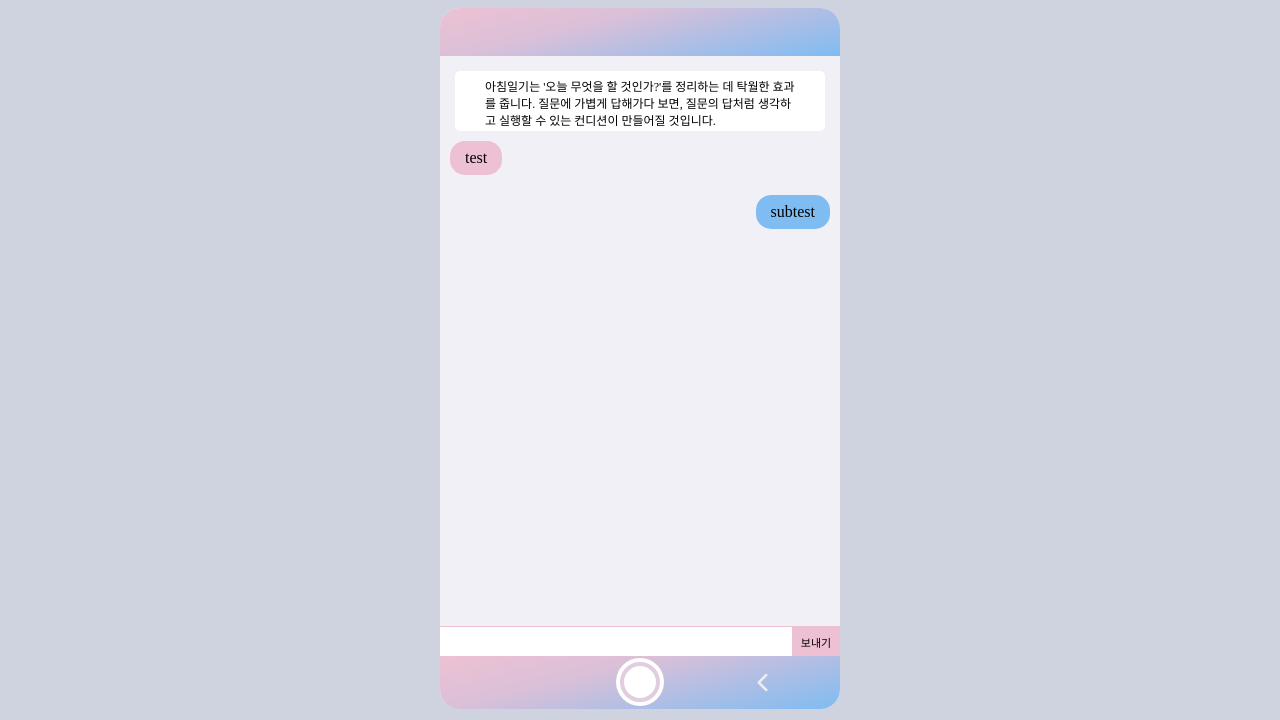
Repository: jinhee196/diary
Page: index.html
An editor plug-in stored every save of this project. The page is shown before and after the next save, followed by the edit.
The browser window is 1280 px wide. The pictures show the whole page.
Some web fonts or font styles are not loaded; a fallback is used. Some web libraries are served in a nearby version.

Above is the page before, as saved 2021-06-04 21:21:37.

### index.html
<!DOCTYPE html>
<html lang="ko">
<head>
    <meta charset="UTF-8">
    <meta http-equiv="X-UA-Compatible" content="IE=edge">
    <meta name="viewport" content="width=device-width, initial-scale=1.0">
    <title>secret Note</title>
    <script src="https://kit.fontawesome.com/ef20572bd9.js" crossorigin="anonymous"></script>
    <link rel="stylesheet" href="style.css">
    <link rel="preconnect" href="https://fonts.gstatic.com">
<link href="https://fonts.googleapis.com/css2?family=Hi+Melody&family=Nanum+Brush+Script&display=swap" rel="stylesheet">
    <script src="js/main.js" defer></script>
    <script src="js/data.js"></script>
</head>
<body>
  <div class="container">
      <header class="header"></header>

      <section id="main">
        <h1 class="main__title">SECRET DIARY</h1>
        <p class="main__desc">작가 Bodo Schaefer의 &#60;멘탈의 연금술&#62;을 바탕으로 만든 일기장입니다.
                              책의 내용을 토대로 전략적인 일기를 써보세요:) 긍정적인 삶으로 나아갈 수 있을 것입니다. </p>
        <button class="note1">일기쓰기</button>
        <button class="note2">아침일기</button>
        <button class="note3">걱정과 두려움을 <br>다루는 방법</button>
      </section>

      <section id="daily">
        <div class="daily__weather"></div>
        <div class="daily__emotion"></div>
        <div class="daily__Note">
          <button class="daily__submit">완료</button>
          <input class="daily__title" placeholder="제목을 입력하세요"></input>
          <textarea class="daily__text"></textarea>

        </div>
      </section>

      <section id="morning">
        <p class="desc">아침일기는 '오늘 무엇을 할 것인가?'를 정리하는 데 탁월한 효과를 줍니다. 질문에 가볍게 답해가다 보면,
          질문의 답처럼 생각하고 실행할 수 있는 컨디션이 만들어질 것입니다.  </p>
        <ul class="items">
          <li class="item">test</li>
          <li class="item-sub">subtest</li>
        </ul>
        <div class="message">
        <input type="text" class="footer__input" />
        <button class="footer__submit">보내기</button>
        </div>
    </section>

    <section id="list">
      <p class="desc">두려움과 걱정의 목록들을 리스트로 만들고 지속적으로 업데이트하세요.
        구체적으로 작성해 두려움을 잘게 쪼개다보면 엄습하는 두려움을 무력화시킬 수 있을 것입니다. </p>
      <ul class="items">
        <!-- <li class="item">test</li>
        <li class="item-sub">subtest</li> -->
      </ul>
      <div class="message">
      <input type="text" class="footer__input" />
      <button class="footer__submit">보내기</button>
      </div>
  </section>

    <footer class="footer">
      <button class="footer__button">
        <div class="circle"></div>
       </button>
       <i class="fas fa-chevron-left"></i>
     </footer>
  </div>
</body>
</html>

### style.css
* {
  box-sizing: border-box;
  font-family: "Hi Melody", cursive;
}
ul {
  padding: 0;
}

button {
  outline: none;
  background: transparent;
  border: none;
  cursor: pointer;
}
body {
  background-color: #ced3df;
  text-align: center;
}

section {
  height: 600px;
}
.container {
  width: 400px;
  margin: auto;
  background-color: #f1f0f7;
  border-radius: 20px;
}

.header {
  height: 48px;
  padding: 8px;
  font-size: 24px;
  background: rgba(237, 193, 211);

  background: linear-gradient(
    166deg,
    rgba(237, 193, 211, 1) 0%,
    rgba(219, 192, 216, 1) 35%,
    rgba(127, 188, 242, 1) 100%
  );
  border-radius: 20px 20px 0 0;
  color: #fff;
}

#main {
  display: none; /*flex*/
  flex-direction: column;
  justify-content: center;
  align-items: center;
  overflow: hidden;
}
.main__title {
  font-family: "Nanum Brush Script", cursive;
  letter-spacing: 1px;
  font-size: 40px;
  color: #555;
}
.main__desc {
  padding: 0 30px;
  font-size: 18px;
  margin-bottom: 30px;
}
#main button {
  width: 130px;
  padding: 13px 15px;
  margin: 5px 0;
  border-radius: 10px;
  color: #222;
  font-size: 16px;
}
.note1 {
  background-color: rgba(219, 192, 216, 1);
}
.note2 {
  background-color: rgba(127, 188, 242, 1);
}
.note3 {
  background-color: rgba(219, 192, 216, 1);
}

#daily {
  display: none;
}
.daily__weather {
  display: none;
}
.daily__emotion {
  display: none;
  position: relative;
}
.daily__Note {
  display: none;
  width: 100%;
  height: 100%;
}
.daily__title {
  width: 100%;
  height: 10%;
  outline: none;
  padding: 20px;
  font-size: 22px;
  border: none;
  border-bottom: 1px solid #ddd;
}
.daily__text {
  width: 100%;
  height: 85%;
  line-height: 1.6;
  padding: 20px;
  outline: none;
  border: none;
  resize: none;
  font-size: 18px;
}
.daily__submit {
  height: 5%;
  font-size: 16px;
  color: #555;
  float: right;
  margin-right: 10px;
}
.daily__submit:hover {
  color: rgb(255, 110, 238);
}
#morning {
  display: block;
  overflow: hidden;
}
#list {
  display: none;
  overflow: hidden;
}
.desc {
  width: 370px;
  height: 60px;
  font-size: 12px;
  text-align: left;
  padding: 8px 30px;
  margin: 15px auto 0;
  background-color: #fff;
  border-radius: 5px;
  line-height: 1.4;
}
.items {
  height: 495px;
  overflow-y: auto;
  margin: 0;
  font-size: 16px;
}

.item {
  padding: 8px 15px;
  margin: 10px;
  border-radius: 15px;
  background: rgba(237, 193, 211);
  display: inline-block;
  float: left;
  clear: both;
}
.item-sub {
  padding: 8px 15px;
  margin: 10px;
  border-radius: 15px;
  background: rgba(127, 188, 242, 1);
  display: inline-block;
  float: right;
  clear: both;
}

.footer {
  background: rgba(237, 193, 211);

  background: linear-gradient(
    166deg,
    rgba(237, 193, 211, 1) 0%,
    rgba(219, 192, 216, 1) 35%,
    rgba(127, 188, 242, 1) 100%
  );
  border-radius: 0 0 20px 20px;
  position: relative;
}
.message {
  width: 100%;
}
.footer__input {
  width: 88%;
  height: 32px;
  border: none;
  outline: none;
  font-size: 20px;
  font-weight: 400;
  padding: 0 16px;
  float: left;
  border-top: 1px solid rgba(237, 193, 211);
}

.footer__submit {
  width: 12%;
  height: 32px;
  float: right;
  background-color: rgba(237, 193, 211);
  font-size: 11px;
  padding: 0;
}
.footer__button {
  width: 48px;
  height: 48px;
  background-color: #fff;
  border-radius: 50%;
  transition: transform 300ms ease-in;
  margin-top: 2px;
}
.circle {
  width: 40px;
  height: 40px;
  border: 4px solid rgba(219, 192, 216, 0.8);
  border-radius: 50%;
  margin-left: -2px;
}
.fa-chevron-left {
  font-size: 20px;
  color: #eee;
  position: absolute;
  right: 70px;
  top: 50%;
  transform: translateY(-50%);
  cursor: pointer;
}
.footer__button:hover {
  transform: scale(1.1);
}

### js/data.js
const morningList = [
  {
    q: '1. 나는 오늘 어떤 점이 가장 행복하겠는가?'
  },
  {
    q: '2. 오늘 내게 가장 큰 동기부여를 해주는 것은 무엇인가?'
  },
  {
    q: '3.오늘 무엇에 가장 감사해야 하겠는가?'
  },
  {
    q: '4.오늘 내게 직언과 조언을 해줄 사람들은 누구인가?'
  },
  {
    q: '5. 오늘 내 컨디션으로 볼 때 가장 잘해낼 것 같은 일은 무엇인가?'
  },
  {
    q: '6. 오늘 내가 꼭 알아야 할 것은 무엇인가?'
  },
  {
    q: '7. 오늘 두려움과 긴장을 유쾌하게 다뤄줄 필살기는 무엇인가?'
  },
  {
    q: '8. 오늘 꼭 해야할 과제 한 가지는 무엇인가?'
  }
]

const qnaList = [
  {
    q: '지금 가장 두려운 것이 무엇입니까?'
  },
  {
    q: '그것이 왜 두려우십니까? 구체적으로 작성해보세요.'
  },
  {
    q: '가장 큰 두려움에서부터 사소한 걱정까지 낱낱이 기록하세요.'
  }
]

const dailyNote = [
  {
    q: '지금의 날씨를 선택해주세요',
    a: [
      { answer: 'images/weather-icon-set_03.png'},
      { answer: 'images/weather-icon-set_05.png' },
      { answer: 'images/weather-icon-set_07.png' },
      { answer: 'images/weather-icon-set_13.png' },
      { answer: 'images/weather-icon-set_17.png' },
      { answer: 'images/weather-icon-set_21.png' },
    ]
  },
  {
    q: '지금의 기분을 골라보세요',
    a: [
      { answer: 'images/emtion_03.png' },
      { answer: 'images/emtion_05.png' },
      { answer: 'images/emtion_07.png' },
      { answer: 'images/emtion_12.png' },
      { answer: 'images/emtion_13.png' },
      { answer: 'images/emtion_14.png' },
      { answer: 'images/emtion_18.png' },
      { answer: 'images/emtion_19.png' },
      { answer: 'images/emtion_20.png' },
    ]
  }
]

Loaded but not shown: js/main.js (no copy from this time; the picture is the same without it)

After the next save:
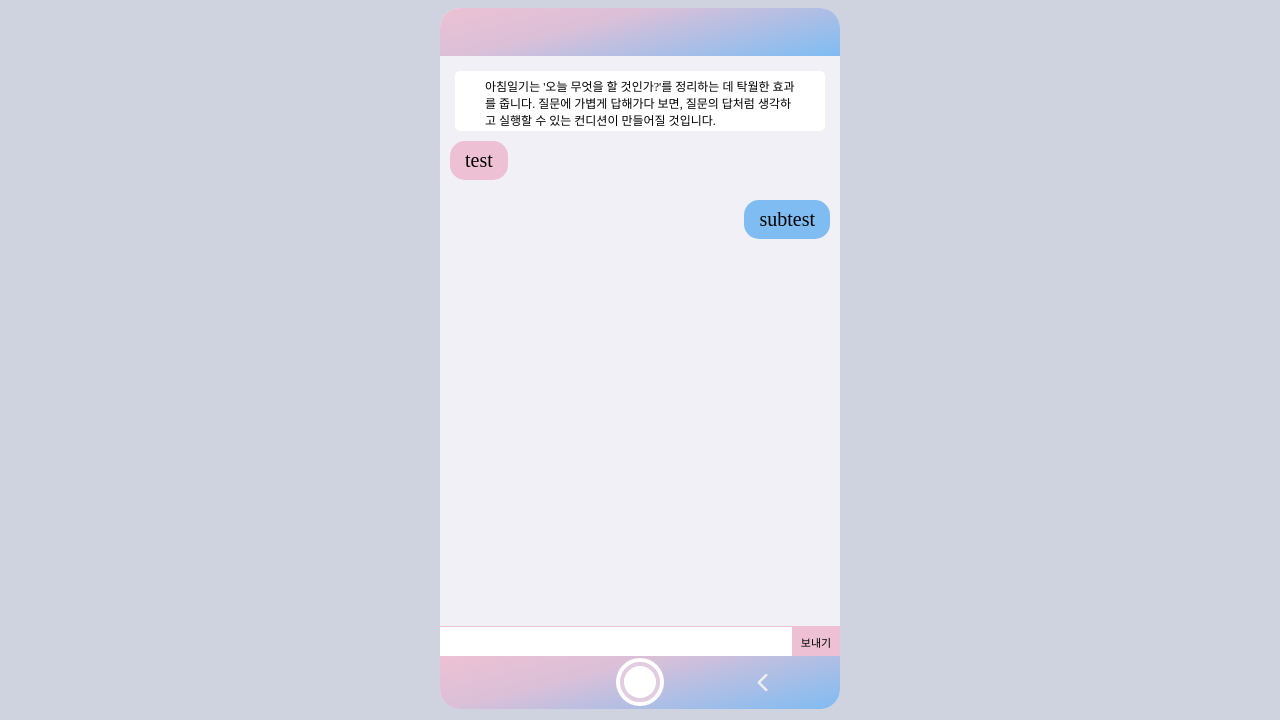
Saved 38 s later.
--- a/style.css
+++ b/style.css
@@ -146,7 +146,7 @@ section {
   height: 495px;
   overflow-y: auto;
   margin: 0;
-  font-size: 16px;
+  font-size: 20px;
 }
 
 .item {
